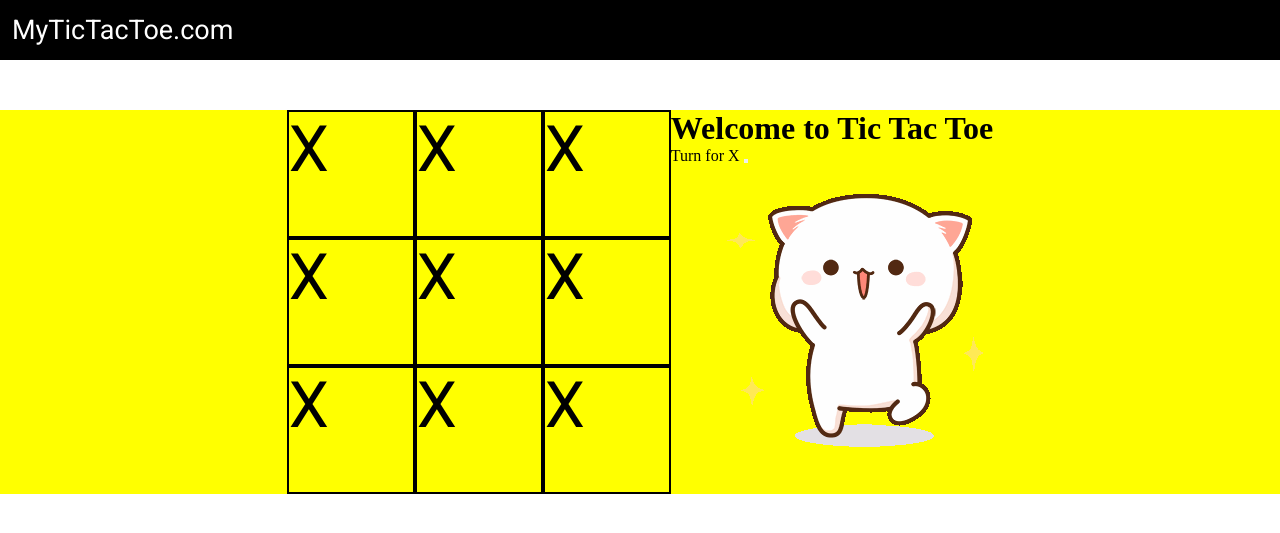
Repository: AshwinUgale/TicTacToe
Page: index.html
An editor plug-in stored every save of this project. The page is shown before and after the next save, followed by the edit.
The browser window is 1280 px wide. The pictures show the whole page.

Above is the page before, as saved 2024-12-19 09:53:14.

### index.html
<!DOCTYPE html>
<html lang="en">
<head>
  <meta charset="UTF-8">
  <meta name="viewport" content="width=device-width, initial-scale=1.0">
  <title>Tic Tac Toe</title>
  <link rel="stylesheet" href="style.css">
</head>
<body>
    <nav>
      <ul>
        <li>MyTicTacToe.com</li>
      </ul>
    </nav>
    <div class="gameContainer">
      <div class="container">
        <div class="box"><span class="boxtext">X</span></div>
        <div class="box"><span class="boxtext">X</span></div>
        <div class="box"><span class="boxtext">X</span></div>
        <div class="box"><span class="boxtext">X</span></div>
        <div class="box"><span class="boxtext">X</span></div>
        <div class="box"><span class="boxtext">X</span></div>
        <div class="box"><span class="boxtext">X</span></div>
        <div class="box"><span class="boxtext">X</span></div>
        <div class="box"><span class="boxtext">X</span></div>
      </div>
      <div class="gameInfo">
        <h1>Welcome to Tic Tac Toe</h1>
        <div>
          <span class="info">Turn for X</span>
          <button id="reset"></button>
        </div>
        <div class="imgbox">
          <img src="excited.gif" alt="" srcset="">
        </div>
      </div>
    </div>
    <script src="script.js"></script>
</body>
</html>
<link rel="stylesheet"

### style.css
@import url('https://fonts.googleapis.com/css2?family=Roboto:ital,wght@0,100;0,300;0,400;0,500;0,700;0,900;1,100;1,300;1,400;1,500;1,700;1,900&display=swap');

*{
    margin: 0;
    padding: 0;
}

nav {
    background-color: black;
    color: white;
    height: 60px;
    font-size: 27px;
    display: flex;
    align-items: center;
    padding: 0 12px;
    font-family: "Roboto", serif;
}

nav ul{
    list-style-type: none;
}

.gameContainer{
    background-color: yellow;
    display: flex;
    justify-content: center;
    margin-top: 50px;
}

.container{
    display: grid;
    grid-template-rows: repeat(3,10vw);
    grid-template-columns: repeat(3,10vw);
    font-family:"Roboto", serif; ;
}

.box{
    border: 2px solid black;
    font-size: 5vw;
}

Loaded but not shown: script.js (no stored copy; drawn as an empty file)

After the next save:
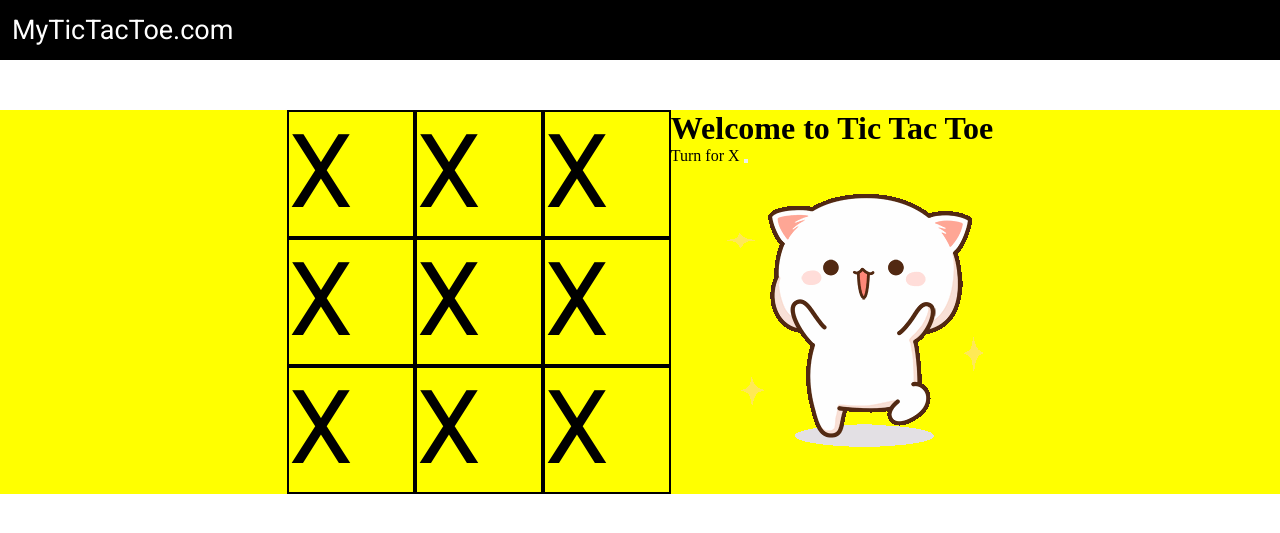
Saved 21 s later.
--- a/style.css
+++ b/style.css
@@ -36,5 +36,5 @@ nav ul{
 
 .box{
     border: 2px solid black;
-    font-size: 5vw;
+    font-size: 8vw;
 }
